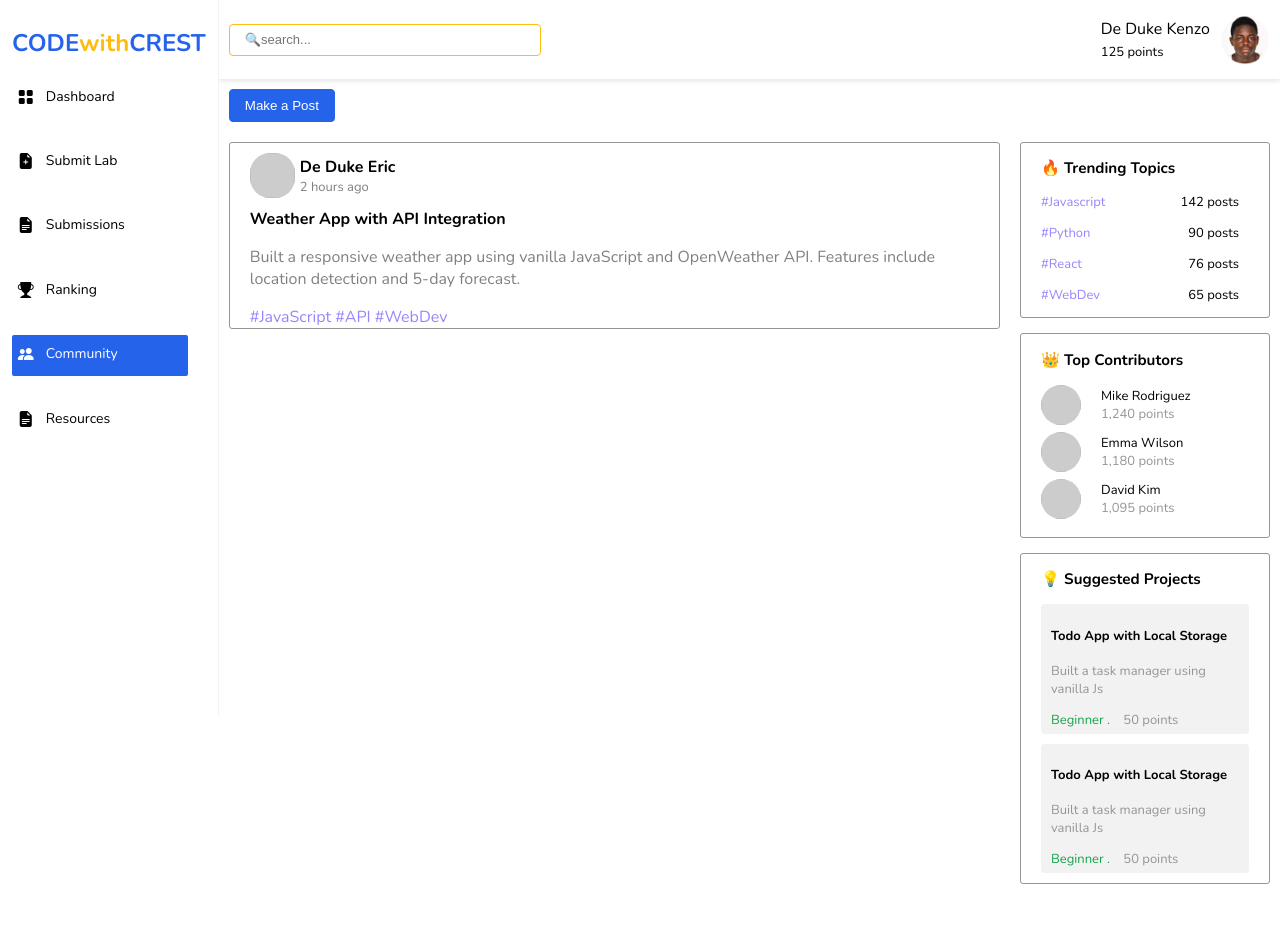
Repository: CarlTeclancing/codewithcrest
Page: /dashboard/community
These files come from the project's save history. The page is drawn as it stood at one moment and after the next save; the edit follows.
The browser window is 1280 px wide. The pictures show the whole page.
The project was rebuilt for these pictures with package versions that can differ from the ones it lists, and the page was loaded fresh each time. Also part of the build but not shown: vite.config.js, src/pages/Dashboard/dashboard.css, globals.js, src/pages/Dashboard/Dashboard.jsx, src/pages/ranking/ranking.css, src/components/UserCard.jsx, src/pages/ranking/Ranking.jsx, src/components/GuideLines.jsx and 15 more.

Above is the page before, as saved 2025-09-09 15:02:01.

After the next save:
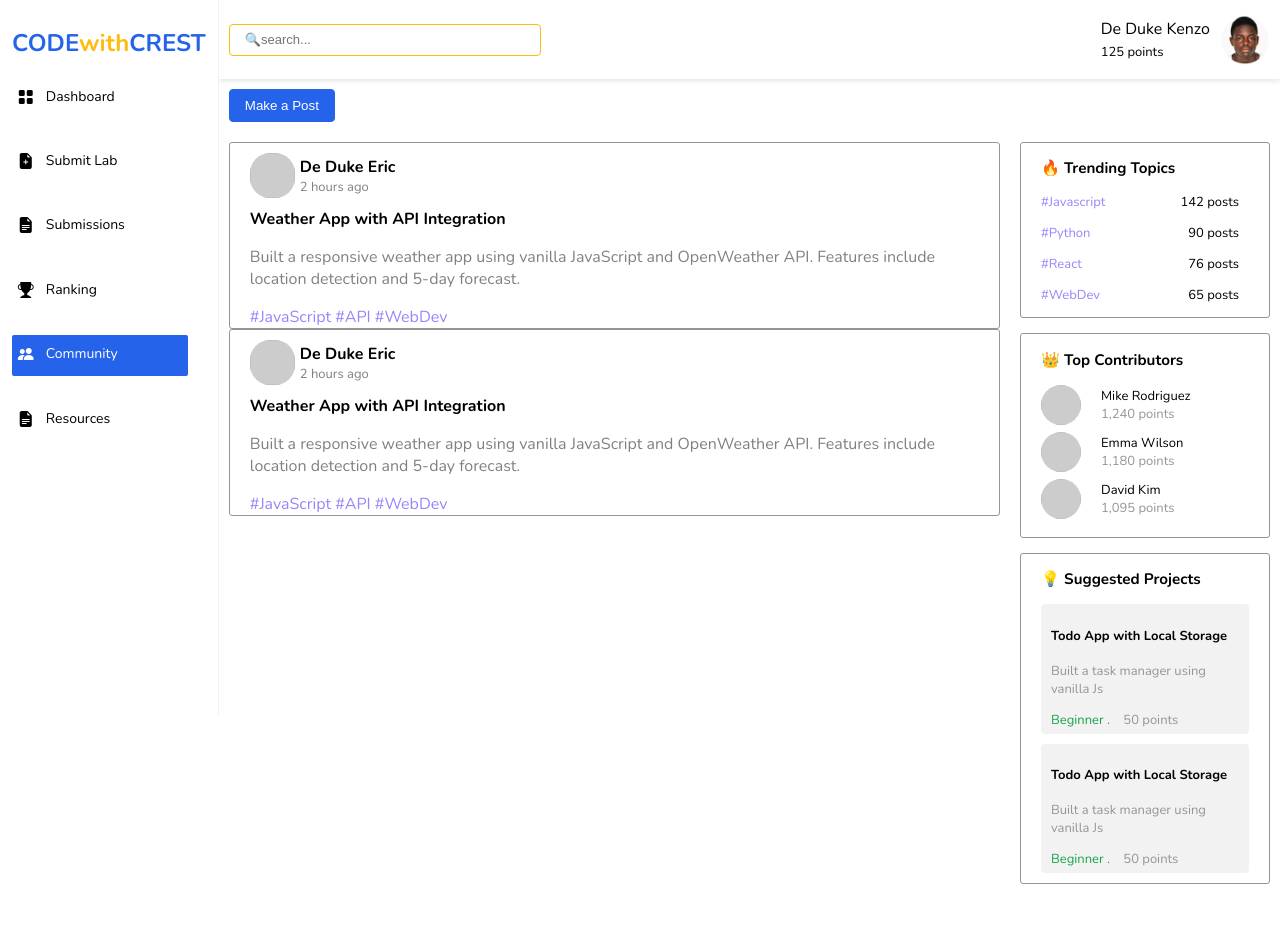
Saved 84 s later.
--- a/src/pages/community/Community.jsx
+++ b/src/pages/community/Community.jsx
@@ -7,6 +7,7 @@ import CommunityPost from '../../components/CommunityPost.jsx'
 import {Modal} from 'react-responsive-modal'
 
 const posts = [
+  { name: 'De Duke Eric', pic: '../../assets/img1.jpg', time:'2 hours ago', title:'Weather App with API Integration', description:'Built a responsive weather app using vanilla JavaScript and OpenWeather API. Features include location detection and 5-day forecast.', hashtags:'#JavaScript #API #WebDev' },
   { name: 'De Duke Eric', pic: '../../assets/img1.jpg', time:'2 hours ago', title:'Weather App with API Integration', description:'Built a responsive weather app using vanilla JavaScript and OpenWeather API. Features include location detection and 5-day forecast.', hashtags:'#JavaScript #API #WebDev' },
 
 ];
